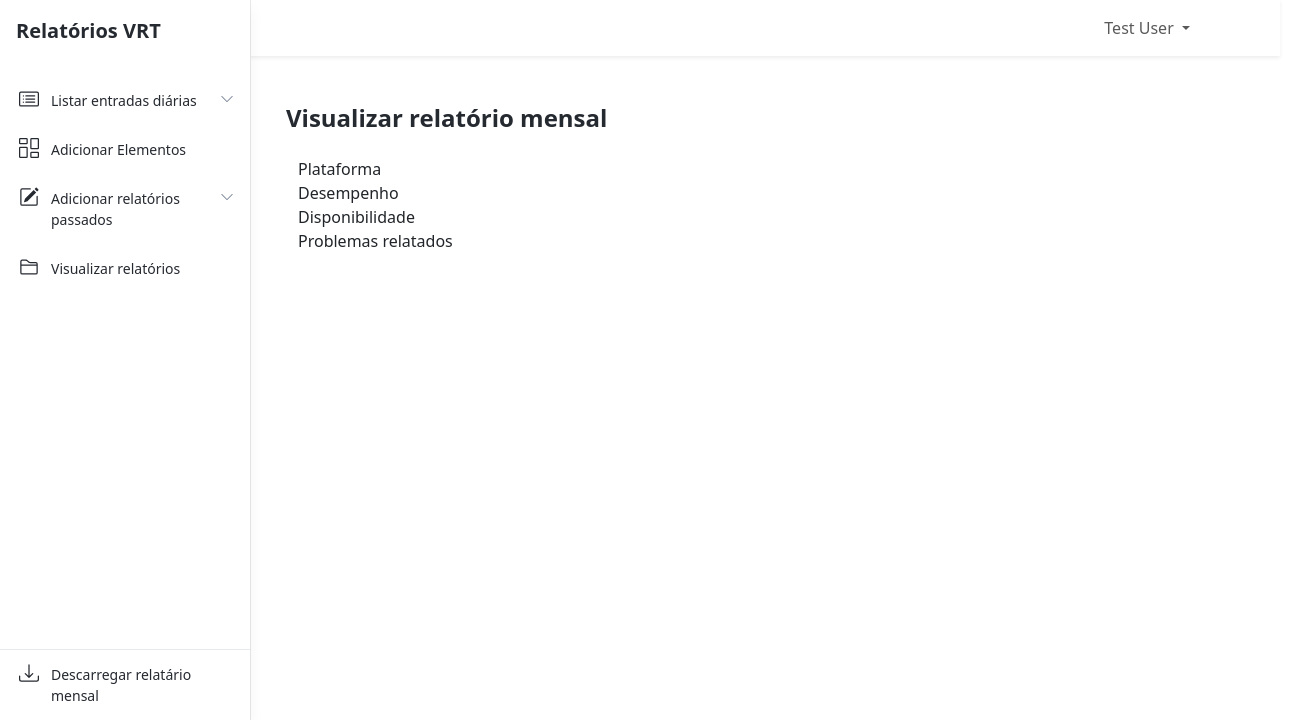
Repository: Yolanda-Marchone/Relatorios
Page: http://localhost/ver_relatorio
The author's editor kept a copy of each file at every save. The page is drawn from the files as they stood at one save, then again after the next save.
The browser window is 1280 px wide. The page is 1292 px wide, so the pictures cover 1292 px, including what lies to the right of the window. The pictures show the whole page.
The page is served by the project's Laravel application, run on PHP 8.4 with Laravel 10. A made-up administrator, Test User (test@example.com), is signed in. Style sheets and scripts are compiled from the project's sources, by tool versions that may differ from the author's.

Above is the page before, as saved 2024-05-23 11:34:49.

After the next save:
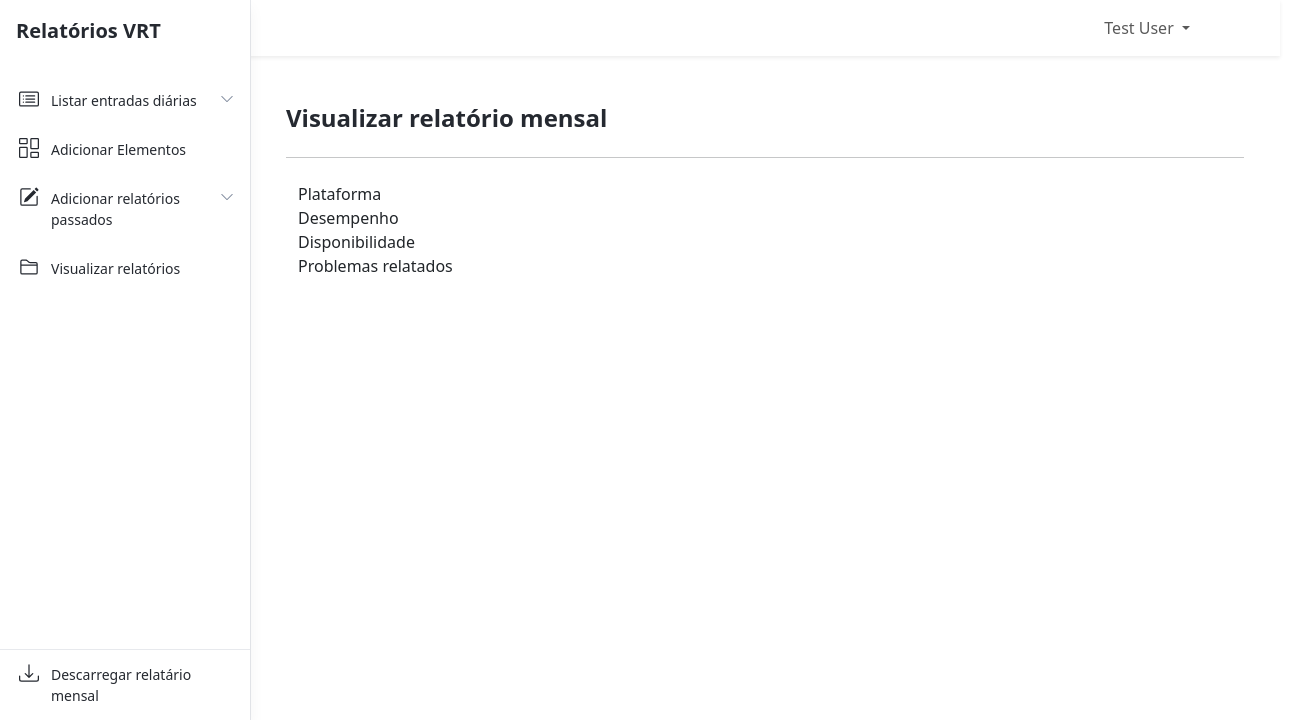
Saved 86 s later.
--- a/resources/views/layouts/ver_relatorios.blade.php
+++ b/resources/views/layouts/ver_relatorios.blade.php
@@ -15,6 +15,7 @@
                             <h1 class="app-page-title mb-0">Visualizar relatório mensal</h1>
                         </div>
                 </div>
+                <hr class="mb-4">
 
                 <div class="container">
     <div class="table-desktop">
